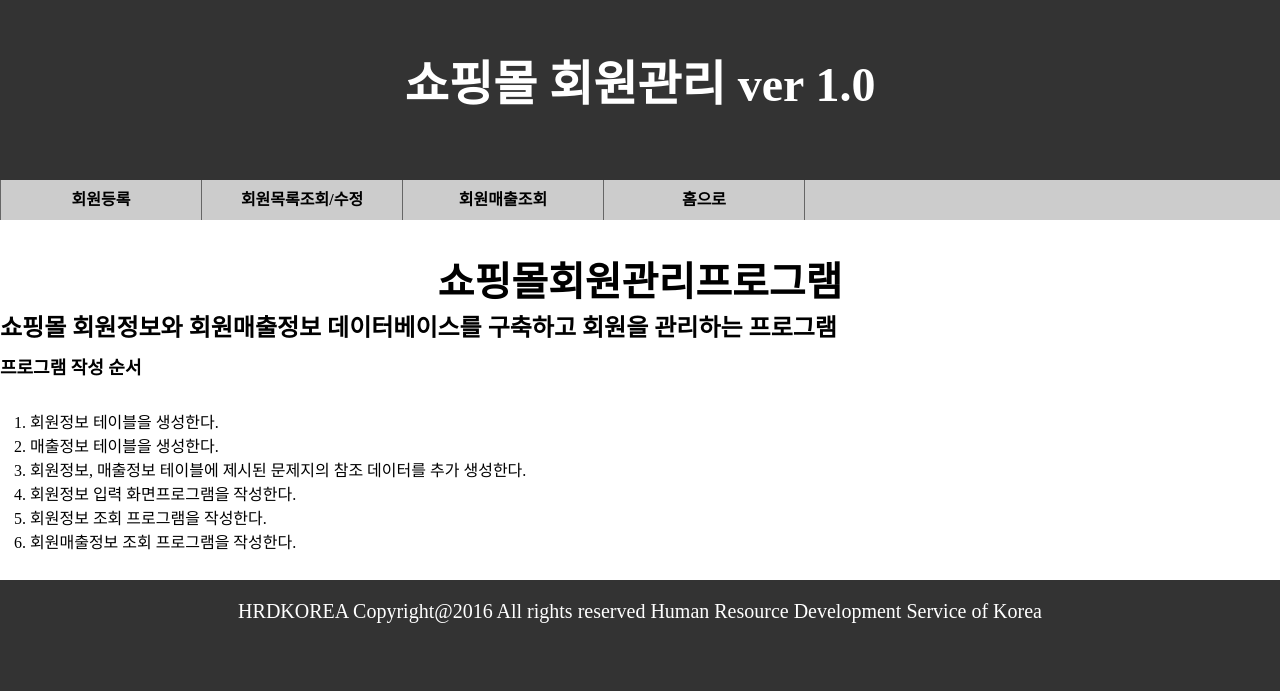
Repository: jsky1234/NCS
Page: http://localhost/HRD_1/admin.jsp
These files come from the project's save history. The page is drawn as it stood at one moment and after the next save; the edit follows.
The browser window is 1280 px wide. The pictures show the whole page.
The page is served by Tomcat 9. Other server files are loaded and not shown.

Above is the page before, as saved 2020-11-09 02:44:00.

### ncs1/HRD_1/WebContent/admin.jsp
<%@ page language="java" contentType="text/html; charset=UTF-8"
    pageEncoding="UTF-8"%>
<!DOCTYPE html>
<html>
<head>
<meta charset="UTF-8">
<title>관리자 모드로 로그인 중</title>
<style>
* { margin: 0; padding: 0; }
body, html { width: 100%; height: 100%; }
ul { list-style : none; }
a { text-decoration: none; }

button, label, input { outline: 0; border: 0; user-select: none; }
img { border: 0; }
ol { padding: 30px; }
.hd { clear: both; min-height: 180px; background-color: #333; }
.tit { font-size: 48px; text-align: center; line-height: 140px; color: #fff; padding-top: 15px;}
.gnb { clear: both; height: 40px; background-color: #cccccc; }
.gnb li { float: left; min-width: 120px; width: auto; }
.gnb a { display:block; text-align: center; line-height: 40px; width: 200px; height: 40px; color: #000000; font-weight: 700; border-left: 1px solid #666666; }
.gnb li:last-child { border-right: 1px solid #666666; }

.page { clear: both; padding: 30px 0 30px 0; }
.page_tit { text-align: center; font-size: 40px; }
.item_tit1 { font-size: 24px; }
.item_tit2 { font-size: 18px; margin-top: 10px;}

.ft { clear: both; position: absolute;  width: 100%; bottom: 0; min-height:80px; height: 140px; background-color: #333; }
.copyright { color: #fff; font-size: 20px; text-align: center; margin-top: 20px;}

</style>
</head>
<body>
<header class="hd">
	<h2 class="tit">쇼핑몰 회원관리 ver 1.0</h2>
</header>
<nav class="gnb">
	<ul>
		<li><a href="">회원등록</a></li>
		<li><a href="">회원목록조회/수정</a></li>
		<li><a href="">회원매출조회</a></li>
		<li><a href="">홈으로</a></li>
	</ul>
</nav>
<main class="content">
	<section class="page" id="page1">
		<h2 class="page_tit">쇼핑몰회원관리프로그램</h2>
		<div class="main_help">
			<h3 class="item_tit1">쇼핑몰 회원정보와 회원매출정보 데이터베이스를 구축하고 회원을 관리하는 프로그램</h3>
			<h3 class="item_tit2">프로그램 작성 순서</h3>
			<ol>
				<li>회원정보 테이블을 생성한다.</li>
				<li>매출정보 테이블을 생성한다.</li>
				<li>회원정보, 매출정보 테이블에 제시된 문제지의 참조 데이터를 추가 생성한다.</li>
				<li>회원정보 입력 화면프로그램을 작성한다.</li>
				<li>회원정보 조회 프로그램을 작성한다.</li>
				<li>회원매출정보 조회 프로그램을 작성한다.</li>
			</ol>
		</div>
	</section>
</main>
<footer class="ft">
	<div class="ft_wrap">
		<div class="admin_copy">
			<p class="copyright">HRDKOREA Copyright@2016 All rights reserved Human Resource Development Service of Korea</p>
		</div>
	</div>
</footer>
</body>
</html>

After the next save:
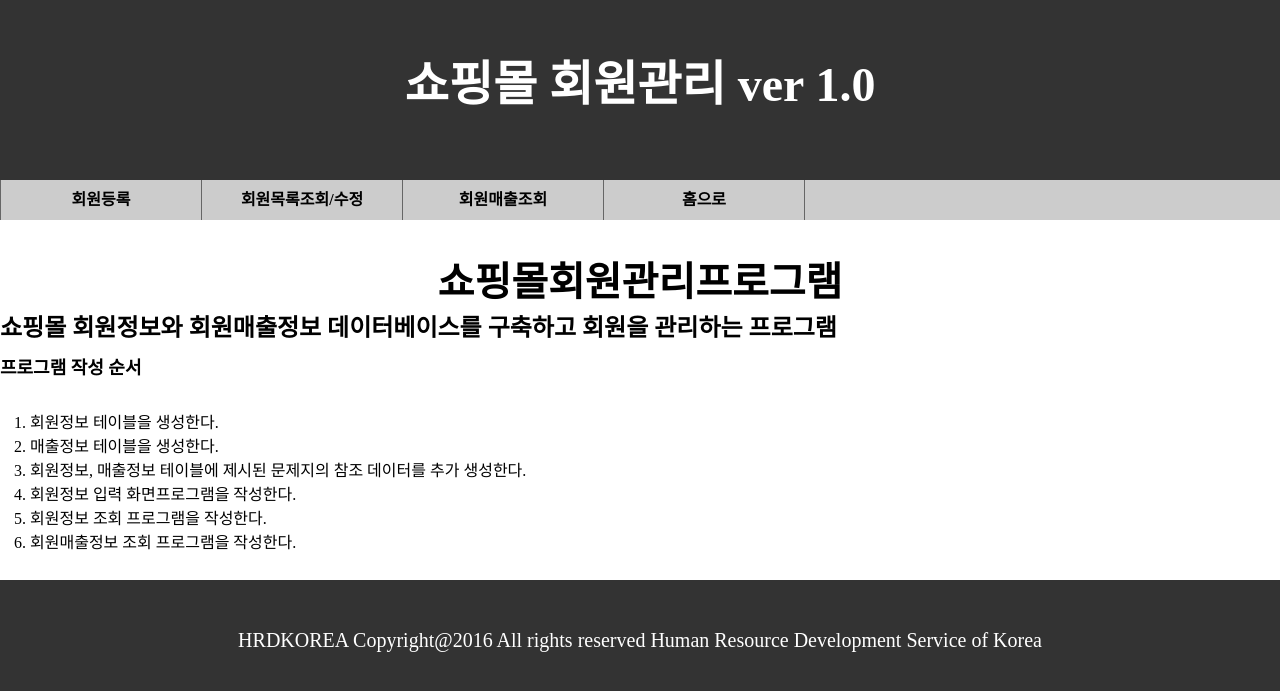
Saved 26 s later.
--- a/ncs1/HRD_1/WebContent/admin.jsp
+++ b/ncs1/HRD_1/WebContent/admin.jsp
@@ -27,7 +27,7 @@ ol { padding: 30px; }
 .item_tit2 { font-size: 18px; margin-top: 10px;}
 
 .ft { clear: both; position: absolute;  width: 100%; bottom: 0; min-height:80px; height: 140px; background-color: #333; }
-.copyright { color: #fff; font-size: 20px; text-align: center; margin-top: 20px;}
+.copyright { color: #fff; font-size: 20px; text-align: center; margin-top: 20px; line-height: 80px;}
 
 </style>
 </head>
